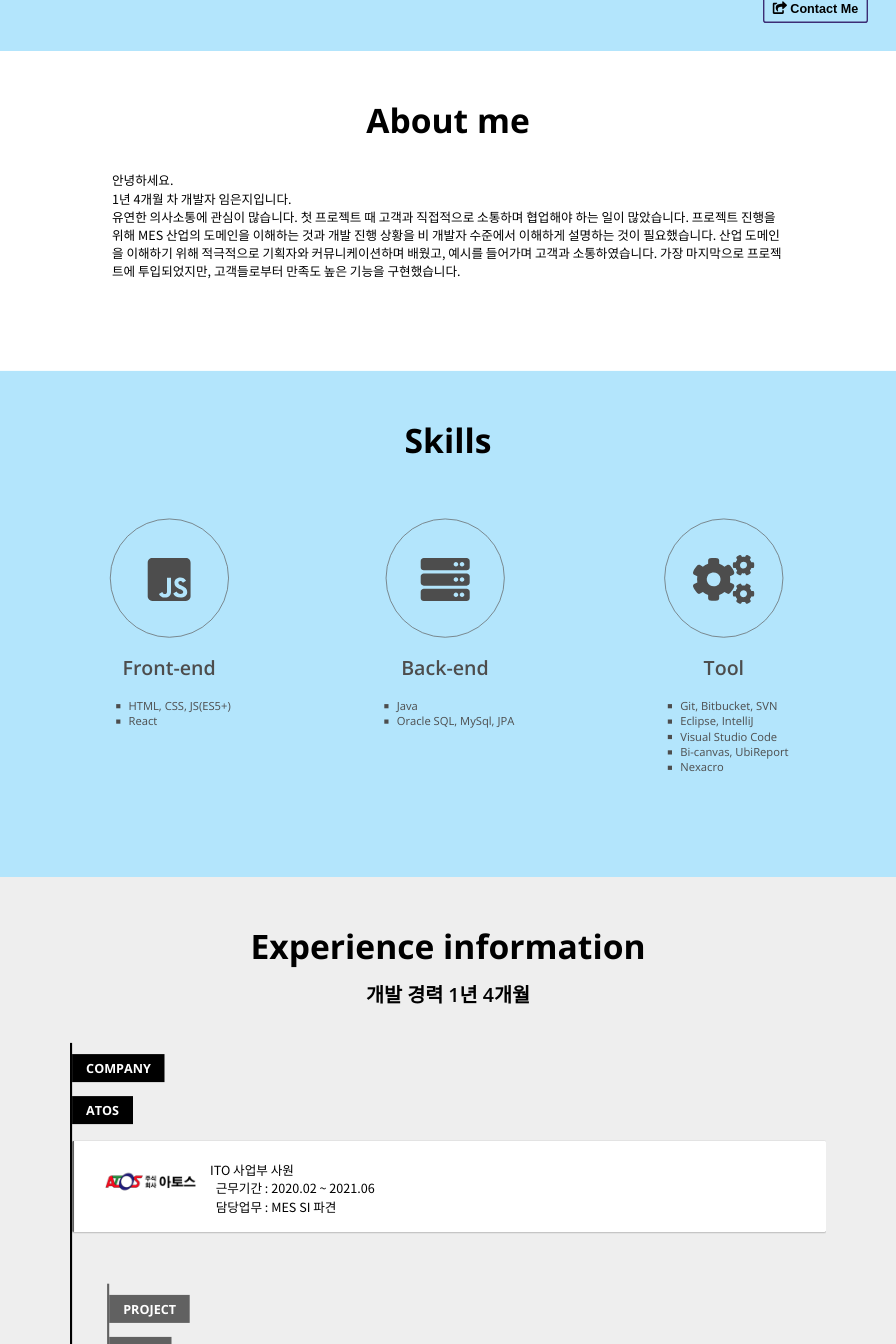
Repository: salangdung-i/portfolio
Page: index.html
An editor plug-in stored every save of this project. The page is shown before and after a run of saves, followed by the edit.
The browser window is 1280 px wide. The pictures show the part of the page from y = 727 to 2647 px (the page is 5485 px tall before and 5459 px after), at 70% of full size.
Some web fonts or font styles are not loaded; a fallback is used. Some web libraries are served in a nearby version.

Above is the page before, as saved 2021-12-27 13:05:37.

After the next 2 saves:
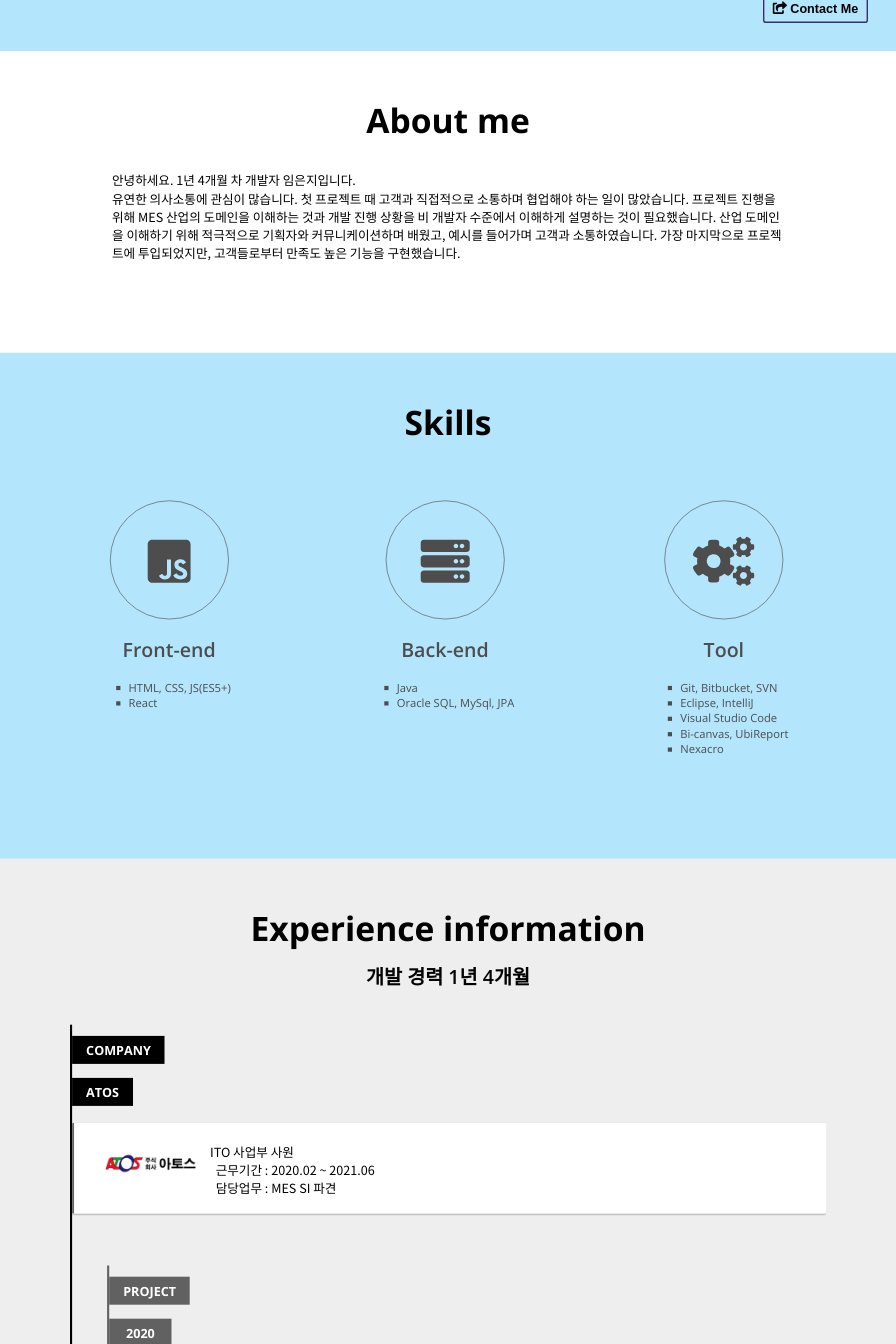
The 2 saves are shown as one change because they came seconds apart.
The last was saved 19 s later.
--- a/index.html
+++ b/index.html
@@ -55,8 +55,7 @@
     </header>
     <div class="about--text">
       <p>
-        안녕하세요. <br>
-        1년 4개월 차 개발자 임은지입니다.<br>
+        안녕하세요. 1년 4개월 차 개발자 임은지입니다.<br>
         유연한 의사소통에 관심이 많습니다. 첫 프로젝트 때 고객과 직접적으로 소통하며 협업해야 하는 일이 많았습니다.
         프로젝트 진행을 위해 MES 산업의 도메인을 이해하는 것과 개발 진행 상황을 비 개발자 수준에서 이해하게 설명하는 것이 필요했습니다.
         산업 도메인을 이해하기 위해 적극적으로 기획자와 커뮤니케이션하며 배웠고, 예시를 들어가며 고객과 소통하였습니다. 가장 마지막으로 프로젝트에 투입되었지만, 고객들로부터 만족도 높은 기능을 구현했습니다.

After the 2 saves that followed:
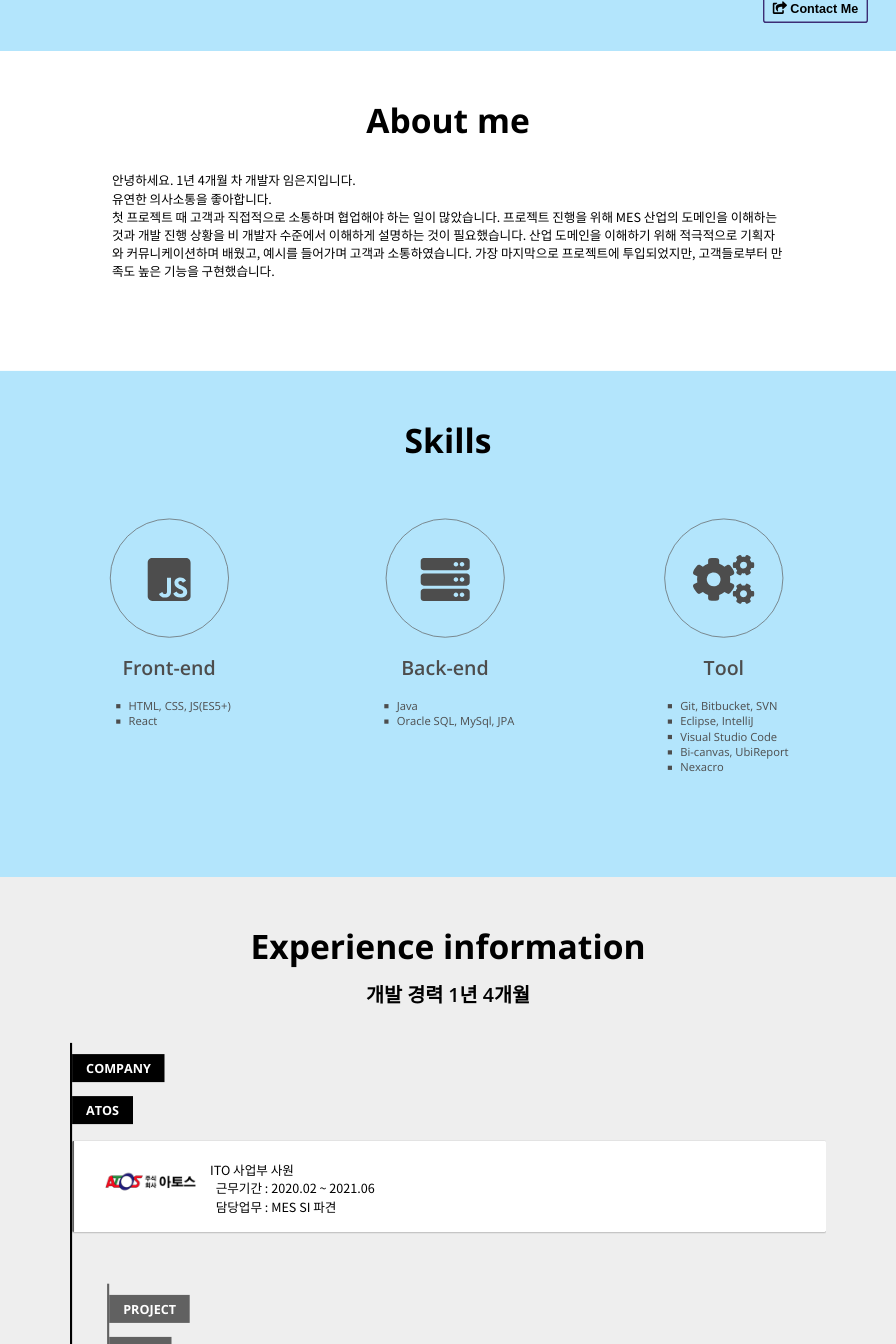
The 2 saves are shown as one change because they came seconds apart.
The last was saved 19 s later.
--- a/index.html
+++ b/index.html
@@ -56,7 +56,7 @@
     <div class="about--text">
       <p>
         안녕하세요. 1년 4개월 차 개발자 임은지입니다.<br>
-        유연한 의사소통에 관심이 많습니다. 첫 프로젝트 때 고객과 직접적으로 소통하며 협업해야 하는 일이 많았습니다.
+        유연한 의사소통을 좋아합니다.<br> 첫 프로젝트 때 고객과 직접적으로 소통하며 협업해야 하는 일이 많았습니다.
         프로젝트 진행을 위해 MES 산업의 도메인을 이해하는 것과 개발 진행 상황을 비 개발자 수준에서 이해하게 설명하는 것이 필요했습니다.
         산업 도메인을 이해하기 위해 적극적으로 기획자와 커뮤니케이션하며 배웠고, 예시를 들어가며 고객과 소통하였습니다. 가장 마지막으로 프로젝트에 투입되었지만, 고객들로부터 만족도 높은 기능을 구현했습니다.
       </p>
